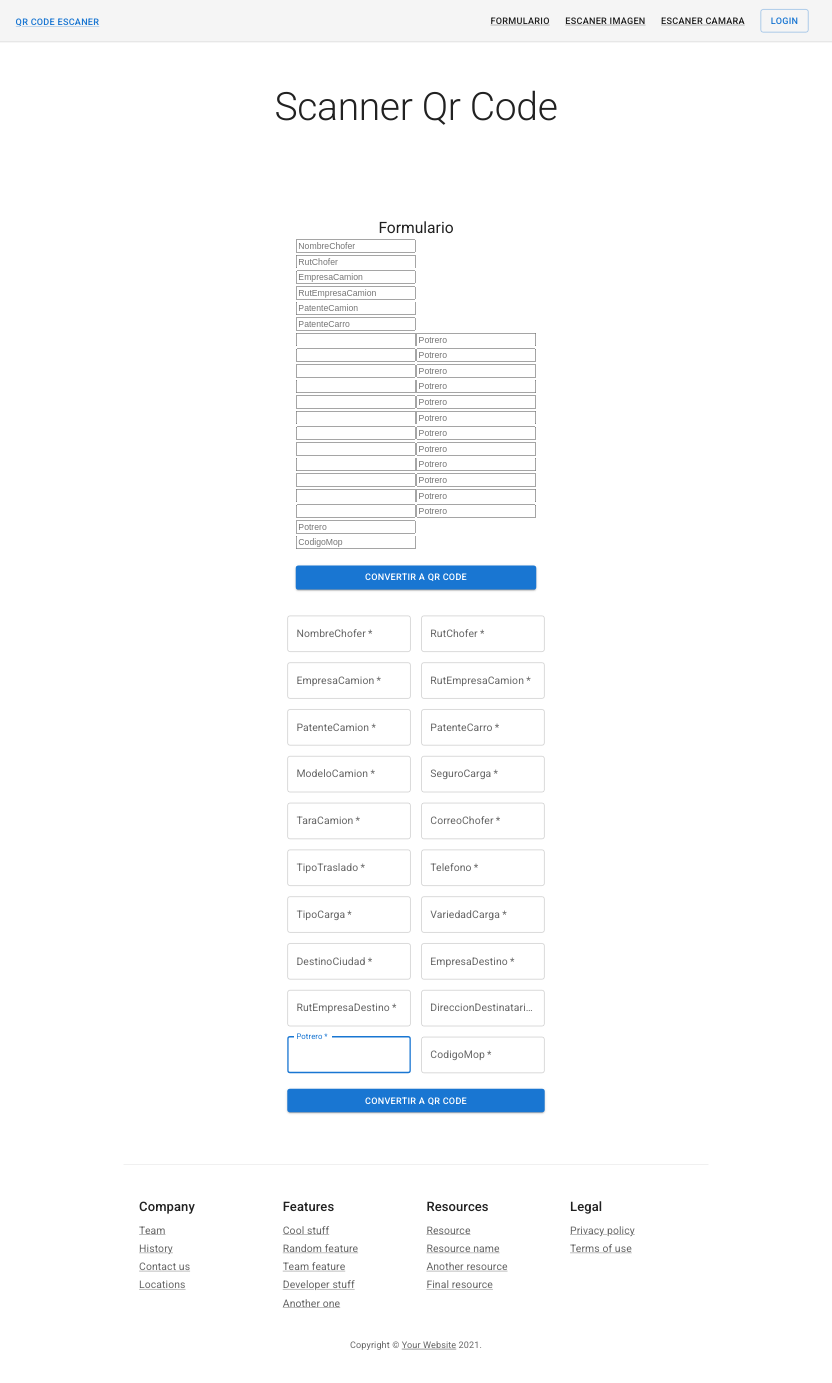
Repository: FlamesAlejandro/QrCodeForm
Page: /form
The author's editor kept a copy of each file at every save. The page is drawn from the files as they stood at one save, then again after a run of saves.
The browser window is 1280 px wide. The pictures show the whole page, at 65% of full size.
The project was rebuilt for these pictures with package versions that can differ from the ones it lists, and the page was loaded fresh each time. Also part of the build but not shown: src/App.css, src/components/pages/ImagenEscaner.js, src/components/pages/CamaraEscaner.js, src/components/pages/Home.js.

Above is the page before, as saved 2021-10-24 07:52:27.

### src/App.js
import './App.css';
import { AppRouter } from './routers/AppRouter';

function App() {
  return (
    <>
      <AppRouter />
    </>
  );
}

export default App;

### src/components/ui/MainNavbar.js
import React from 'react'
import AppBar from '@mui/material/AppBar';
import Button from '@mui/material/Button';
import Toolbar from '@mui/material/Toolbar';
import Typography from '@mui/material/Typography';
import Link from '@mui/material/Link';

export const MainNavbar = () => {
    return (
        <>
            <AppBar
                position="static"
                color="default"
                elevation={0}
                sx={{ borderBottom: (theme) => `1px solid ${theme.palette.divider}` }}
            >
                <Toolbar sx={{ flexWrap: 'wrap' }}>
                <Typography variant="h6" color="inherit" noWrap sx={{ flexGrow: 1 }}>
                    <Link
                            variant="button"
                            href="/home"
                        >QR CODE Escaner
                    </Link>
                </Typography>
                <nav>
                    <Link
                        variant="button"
                        color="text.primary"
                        href="/form"
                        sx={{ my: 1, mx: 1.5 }}
                    >
                    Formulario
                    </Link>
                    <Link
                        variant="button"
                        color="text.primary"
                        href="/imagen"
                        sx={{ my: 1, mx: 1.5 }}
                    >
                    Escaner Imagen
                    </Link>
                    <Link
                        variant="button"
                        color="text.primary"
                        href="/camara"
                        sx={{ my: 1, mx: 1.5 }}
                    >
                    Escaner Camara
                    </Link>
                </nav>
                <Button href="/home" variant="outlined" sx={{ my: 1, mx: 1.5 }}>
                    Login
                </Button>
                </Toolbar>
            </AppBar>
        </>
    )
}

### src/components/ui/MainFooter.js
import React from 'react'
import Grid from '@mui/material/Grid';
import Typography from '@mui/material/Typography';
import Link from '@mui/material/Link';

function Copyright(props) {
    return (
      <Typography variant="body2" color="text.secondary" align="center" {...props}>
        {'Copyright © '}
        <Link color="inherit" href="https://mui.com/">
          Your Website
        </Link>{' '}
        {new Date().getFullYear()}
        {'.'}
      </Typography>
    );
  }

  const footers = [
    {
      title: 'Company',
      description: ['Team', 'History', 'Contact us', 'Locations'],
    },
    {
      title: 'Features',
      description: [
        'Cool stuff',
        'Random feature',
        'Team feature',
        'Developer stuff',
        'Another one',
      ],
    },
    {
      title: 'Resources',
      description: ['Resource', 'Resource name', 'Another resource', 'Final resource'],
    },
    {
      title: 'Legal',
      description: ['Privacy policy', 'Terms of use'],
    },
  ];

export const MainFooter = () => {

    return (
        <>
            <Grid container spacing={4} justifyContent="space-evenly">
                {footers.map((footer) => (
                    <Grid item xs={6} sm={3} key={footer.title}>
                    <Typography variant="h6" color="text.primary" gutterBottom>
                        {footer.title}
                    </Typography>
                    <ul>
                        {footer.description.map((item) => (
                        <li key={item}>
                            <Link href="#" variant="subtitle1" color="text.secondary">
                            {item}
                            </Link>
                        </li>
                        ))}
                    </ul>
                    </Grid>
                ))}
            </Grid>
            <Copyright sx={{ mt: 5 }} />
        </>
    )
}

### src/components/pages/Form.js
import React, { useState } from 'react'
import Button from '@mui/material/Button';
import CssBaseline from '@mui/material/CssBaseline';
import TextField from '@mui/material/TextField';
import Grid from '@mui/material/Grid';
import Box from '@mui/material/Box';
import Typography from '@mui/material/Typography';
import Container from '@mui/material/Container';
import QRCode from 'qrcode';
import { useForm } from "react-hook-form";

export const Form = () => {

    const [imgUrl, setImgUrl] = useState('');

    const { register, handleSubmit, formState: { errors } } = useForm();
    const onSubmit = data => console.log(data);
    console.log(errors);

    const generarQrCode = async(event) => {
        try {
            event.preventDefault();
            const data = new FormData(event.currentTarget);
            const response = await QRCode.toDataURL(data);
            setImgUrl(response);

        } catch (error) {
          console.log(error);
        }
    }

    return (
        <>
            <Container component="main" maxWidth="xs">
                <CssBaseline />
                <Box
                sx={{
                    marginTop: 8,
                    display: 'flex',
                    flexDirection: 'column',
                    alignItems: 'center',
                }}
                >
                <Typography component="h1" variant="h5">
                    Formulario
                </Typography>

                <form onSubmit={handleSubmit(onSubmit)}>
                <Grid item xs={12} sm={6}>
                        <input type="text" placeholder="NombreChofer" {...register("NombreChofer", {})} />
                    </Grid>
                    <Grid item xs={12} sm={6}>
                        <input type="text" placeholder="RutChofer" {...register("RutChofer", {})} />
                    </Grid>
                    <Grid item xs={12} sm={6}>
                        <input type="text" placeholder="EmpresaCamion" {...register("EmpresaCamion", {})} />
                    </Grid>
                    <Grid item xs={12} sm={6}>
                        <input type="text" placeholder="RutEmpresaCamion" {...register("RutEmpresaCamion", {})} />
                    </Grid>
                    <Grid item xs={12} sm={6}>
                        <input type="text" placeholder="PatenteCamion" {...register("PatenteCamion", {})} />
                    </Grid>
                    <Grid item xs={12} sm={6}>
                        <input type="text" placeholder="PatenteCarro" {...register("PatenteCarro", {})} />
                    </Grid>
                    <Grid item xs={12} sm={6}>
                        <input
                        autoComplete="ModeloCamion"
                        name="ModeloCamion"
                        required
                        fullWidth
                        id="ModeloCamion"
                        label="ModeloCamion"
                        autoFocus
                        />
                        <input type="text" placeholder="Potrero" {...register("Potrero", {})} />
                    </Grid>
                    <Grid item xs={12} sm={6}>
                        <input
                        required
                        fullWidth
                        id="SeguroCarga"
                        label="SeguroCarga"
                        name="SeguroCarga"
                        autoComplete="SeguroCarga"
                        />
                        <input type="text" placeholder="Potrero" {...register("Potrero", {})} />
                    </Grid>
                    <Grid item xs={12} sm={6}>
                        <input
                        autoComplete="TaraCamion"
                        name="TaraCamion"
                        required
                        fullWidth
                        id="TaraCamion"
                        label="TaraCamion"
                        autoFocus
                        />
                        <input type="text" placeholder="Potrero" {...register("Potrero", {})} />
                    </Grid>
                    <Grid item xs={12} sm={6}>
                        <input
                        required
                        fullWidth
                        id="CorreoChofer"
                        label="CorreoChofer"
                        name="CorreoChofer"
                        autoComplete="CorreoChofer"
                        />
                        <input type="text" placeholder="Potrero" {...register("Potrero", {})} />
                    </Grid>
                    <Grid item xs={12} sm={6}>
                        <input
                        autoComplete="TipoTraslado"
                        name="TipoTraslado"
                        required
                        fullWidth
                        id="TipoTraslado"
                        label="TipoTraslado"
                        autoFocus
                        />
                        <input type="text" placeholder="Potrero" {...register("Potrero", {})} />
                    </Grid>
                    <Grid item xs={12} sm={6}>
                        <input
                        required
                        fullWidth
                        id="Telefono"
                        label="Telefono"
                        name="Telefono"
                        autoComplete="Telefono"
                        />
                        <input type="text" placeholder="Potrero" {...register("Potrero", {})} />
                    </Grid>
                    <Grid item xs={12} sm={6}>
                        <input
                        autoComplete="TipoCarga"
                        name="TipoCarga"
                        required
                        fullWidth
                        id="TipoCarga"
                        label="TipoCarga"
                        autoFocus
                        />
                        <input type="text" placeholder="Potrero" {...register("Potrero", {})} />
                    </Grid>
                    <Grid item xs={12} sm={6}>
                        <input
                        required
                        fullWidth
                        id="VariedadCarga"
                        label="VariedadCarga"
                        name="VariedadCarga"
                        autoComplete="VariedadCarga"
                        />
                        <input type="text" placeholder="Potrero" {...register("Potrero", {})} />
                    </Grid>
                    <Grid item xs={12} sm={6}>
                        <input
                        autoComplete="DestinoCiudad"
                        name="DestinoCiudad"
                        required
                        fullWidth
                        id="DestinoCiudad"
                        label="DestinoCiudad"
                        autoFocus
                        />
                        <input type="text" placeholder="Potrero" {...register("Potrero", {})} />
                    </Grid>
                    <Grid item xs={12} sm={6}>
                        <input
                        required
                        fullWidth
                        id="EmpresaDestino"
                        label="EmpresaDestino"
                        name="EmpresaDestino"
                        autoComplete="EmpresaDestino"
                        />
                        <input type="text" placeholder="Potrero" {...register("Potrero", {})} />
                    </Grid>
                    <Grid item xs={12} sm={6}>
                        <input
                        autoComplete="RutEmpresaDestino"
                        name="RutEmpresaDestino"
                        required
                        fullWidth
                        id="RutEmpresaDestino"
                        label="RutEmpresaDestino"
                        autoFocus
                        />
                        <input type="text" placeholder="Potrero" {...register("Potrero", {})} />
                    </Grid>
                    <Grid item xs={12} sm={6}>
                        <input
                        required
                        fullWidth
                        id="DireccionDestinatario"
                        label="DireccionDestinatario"
                        name="DireccionDestinatario"
                        autoComplete="DireccionDestinatario"
                        />
                        <input type="text" placeholder="Potrero" {...register("Potrero", {})} />
                    </Grid>
                    <Grid item xs={12} sm={6}>
                        <input type="text" placeholder="Potrero" {...register("Potrero", {})} />
                    </Grid>
                    <Grid item xs={12} sm={6}>
                        <input type="text" placeholder="CodigoMop" {...register("CodigoMop", {})} />
                    </Grid>
                    <Button
                        type="submit"
                        fullWidth
                        variant="contained"
                        sx={{ mt: 3, mb: 2 }}
                    >
                    Convertir a QR CODE
                    </Button>
                </form>

                <Box component="form" noValidate onSubmit={generarQrCode} sx={{ mt: 3 }}>
                    <Grid container spacing={2}>
                    <Grid item xs={12} sm={6}>
                        <TextField
                        autoComplete="NombreChofer"
                        name="NombreChofer"
                        required
                        fullWidth
                        id="NombreChofer"
                        label="NombreChofer"
                        autoFocus
                        />
                    </Grid>
                    <Grid item xs={12} sm={6}>
                        <TextField
                        required
                        fullWidth
                        id="RutChofer"
                        label="RutChofer"
                        name="RutChofer"
                        autoComplete="RutChofer"
                        />
                    </Grid>
                    <Grid item xs={12} sm={6}>
                        <TextField
                        autoComplete="EmpresaCamion"
                        name="EmpresaCamion"
                        required
                        fullWidth
                        id="EmpresaCamion"
                        label="EmpresaCamion"
                        autoFocus
                        />
                    </Grid>
                    <Grid item xs={12} sm={6}>
                        <TextField
                        required
                        fullWidth
                        id="RutEmpresaCamion"
                        label="RutEmpresaCamion"
                        name="RutEmpresaCamion"
                        autoComplete="RutEmpresaCamion"
                        />
                    </Grid>
                    <Grid item xs={12} sm={6}>
                        <TextField
                        autoComplete="PatenteCamion"
                        name="PatenteCamion"
                        required
                        fullWidth
                        id="PatenteCamion"
                        label="PatenteCamion"
                        autoFocus
                        />
                    </Grid>
                    <Grid item xs={12} sm={6}>
                        <TextField
                        required
                        fullWidth
                        id="PatenteCarro"
                        label="PatenteCarro"
                        name="PatenteCarro"
                        autoComplete="PatenteCarro"
                        />
                    </Grid>
                    <Grid item xs={12} sm={6}>
                        <TextField
                        autoComplete="ModeloCamion"
                        name="ModeloCamion"
                        required
                        fullWidth
                        id="ModeloCamion"
                        label="ModeloCamion"
                        autoFocus
                        />
                    </Grid>
                    <Grid item xs={12} sm={6}>
                        <TextField
                        required
                        fullWidth
                        id="SeguroCarga"
                        label="SeguroCarga"
                        name="SeguroCarga"
                        autoComplete="SeguroCarga"
                        />
                    </Grid>
                    <Grid item xs={12} sm={6}>
                        <TextField
                        autoComplete="TaraCamion"
                        name="TaraCamion"
                        required
                        fullWidth
                        id="TaraCamion"
                        label="TaraCamion"
                        autoFocus
                        />
                    </Grid>
                    <Grid item xs={12} sm={6}>
                        <TextField
                        required
                        fullWidth
                        id="CorreoChofer"
                        label="CorreoChofer"
                        name="CorreoChofer"
                        autoComplete="CorreoChofer"
                        />
                    </Grid>
                    <Grid item xs={12} sm={6}>
                        <TextField
                        autoComplete="TipoTraslado"
                        name="TipoTraslado"
                        required
                        fullWidth
                        id="TipoTraslado"
                        label="TipoTraslado"
                        autoFocus
                        />
                    </Grid>
                    <Grid item xs={12} sm={6}>
                        <TextField
                        required
                        fullWidth
                        id="Telefono"
                        label="Telefono"
                        name="Telefono"
                        autoComplete="Telefono"
                        />
                    </Grid>
                    <Grid item xs={12} sm={6}>
                        <TextField
                        autoComplete="TipoCarga"
                        name="TipoCarga"
                        required
                        fullWidth
                        id="TipoCarga"
                        label="TipoCarga"
                        autoFocus
                        />
                    </Grid>
                    <Grid item xs={12} sm={6}>
                        <TextField
                        required
                        fullWidth
                        id="VariedadCarga"
                        label="VariedadCarga"
                        name="VariedadCarga"
                        autoComplete="VariedadCarga"
                        />
                    </Grid>
                    <Grid item xs={12} sm={6}>
                        <TextField
                        autoComplete="DestinoCiudad"
                        name="DestinoCiudad"
                        required
                        fullWidth
                        id="DestinoCiudad"
                        label="DestinoCiudad"
                        autoFocus
                        />
                    </Grid>
                    <Grid item xs={12} sm={6}>
                        <TextField
                        required
                        fullWidth
                        id="EmpresaDestino"
                        label="EmpresaDestino"
                        name="EmpresaDestino"
                        autoComplete="EmpresaDestino"
                        />
                    </Grid>
                    <Grid item xs={12} sm={6}>
                        <TextField
                        autoComplete="RutEmpresaDestino"
                        name="RutEmpresaDestino"
                        required
                        fullWidth
                        id="RutEmpresaDestino"
                        label="RutEmpresaDestino"
                        autoFocus
                        />
                    </Grid>
                    <Grid item xs={12} sm={6}>
                        <TextField
                        required
                        fullWidth
                        id="DireccionDestinatario"
                        label="DireccionDestinatario"
                        name="DireccionDestinatario"
                        autoComplete="DireccionDestinatario"
                        />
                    </Grid>
                    <Grid item xs={12} sm={6}>
                        <TextField
                        autoComplete="Potrero"
                        name="Potrero"
                        required
                        fullWidth
                        id="Potrero"
                        label="Potrero"
                        autoFocus
                        />
                    </Grid>
                    <Grid item xs={12} sm={6}>
                        <TextField
                        required
                        fullWidth
                        id="CodigoMop"
                        label="CodigoMop"
                        name="CodigoMop"
                        autoComplete="CodigoMop"
                        />
                    </Grid>
                    </Grid>
                    <Button
                        type="submit"
                        fullWidth
                        variant="contained"
                        sx={{ mt: 3, mb: 2 }}
                    >
                    Convertir a QR CODE
                    </Button>
                </Box>
                </Box>
                {imgUrl ? (
                    <a href={imgUrl} download>
                        <img src={imgUrl} alt="img" />
                    </a>)
                : null}
            </Container>
        </>
    )
}

Loaded but not shown: public/index.html (common file); src/index.js (common file); src/index.css (common file); src/reportWebVitals.js (common file); src/routers/AppRouter.js (67 lines, source omitted)

After the next 2 saves:
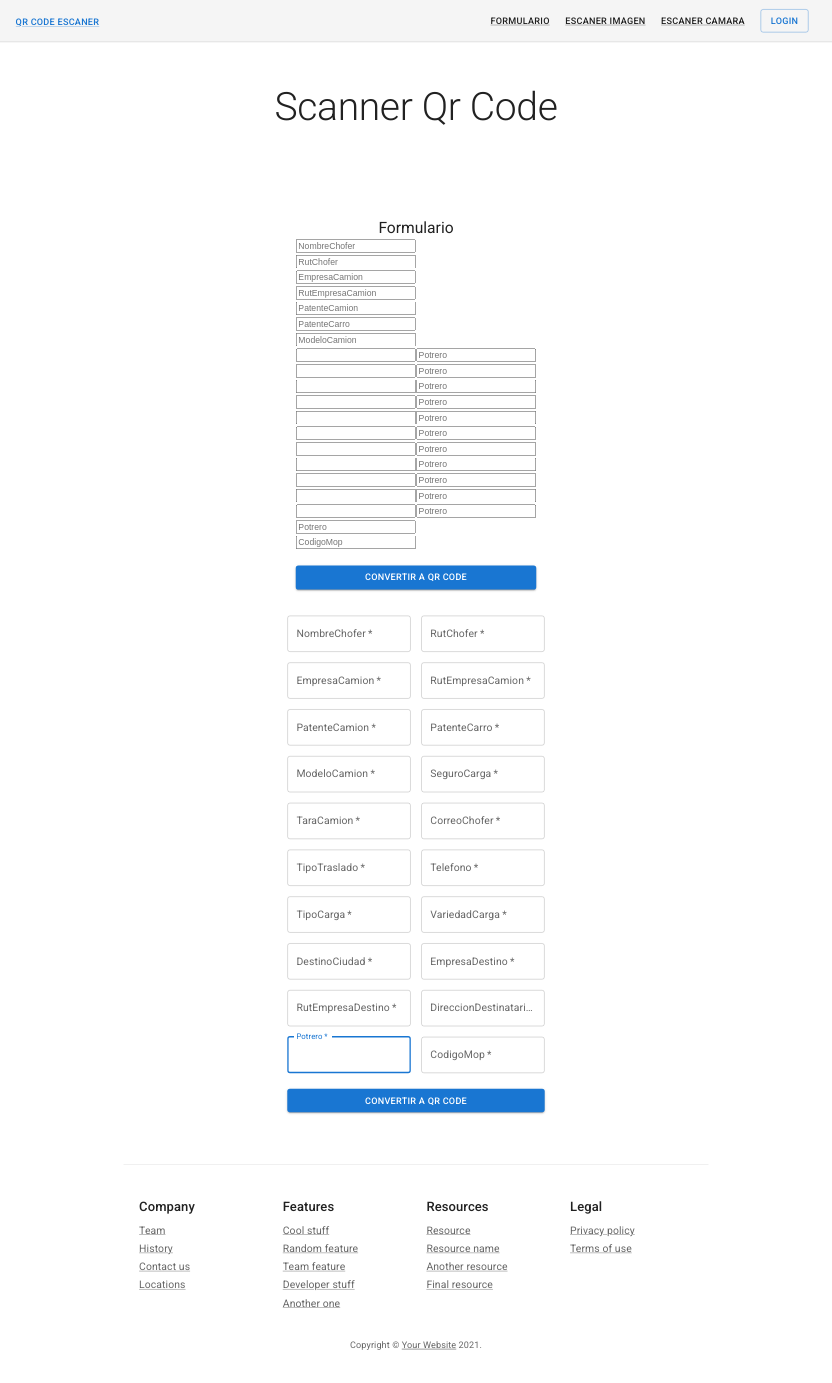
The 2 saves are shown as one change because they came seconds apart.
The last was saved 6 s later.
--- a/src/components/pages/Form.js
+++ b/src/components/pages/Form.js
@@ -65,16 +65,7 @@
                         <input type="text" placeholder="PatenteCarro" {...register("PatenteCarro", {})} />
                     </Grid>
                     <Grid item xs={12} sm={6}>
-                        <input
-                        autoComplete="ModeloCamion"
-                        name="ModeloCamion"
-                        required
-                        fullWidth
-                        id="ModeloCamion"
-                        label="ModeloCamion"
-                        autoFocus
-                        />
-                        <input type="text" placeholder="Potrero" {...register("Potrero", {})} />
+                        <input type="text" placeholder="ModeloCamion" {...register("ModeloCamion", {})} />
                     </Grid>
                     <Grid item xs={12} sm={6}>
                         <input
